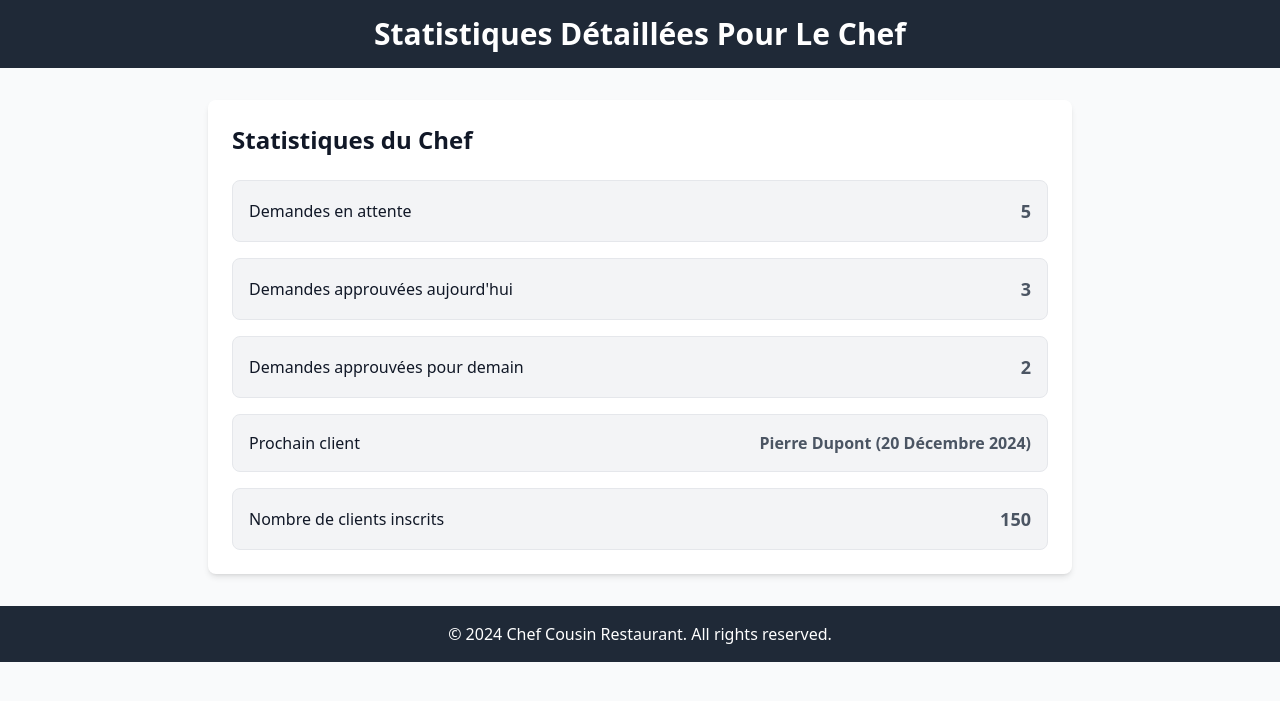
Repository: HamzaChehlaoui/Site-Web-pour-un-Chef-Cuisinier
Page: http://localhost/statistique.php
An editor plug-in stored every save of this project. The page is shown before and after the next save, followed by the edit.
The browser window is 1280 px wide. The pictures show the whole page.
Some web libraries are served in a nearby version. The page is run by PHP 8.4 with error messages shown; the project is at /var/www/html/.

Above is the page before, as saved 2024-12-18 14:58:01.

### statistique.php
<!DOCTYPE html>
<html lang="fr">

<head>
    <meta charset="UTF-8">
    <meta name="viewport" content="width=device-width, initial-scale=1.0">
    <title>Gestion des Réservations - Statistiques</title>
    <!-- Tailwind CSS CDN -->
    <script src="https://cdn.tailwindcss.com"></script>
    <style>
        /* Animation for side slide-in */
        @keyframes slideInFromLeft {
            0% {
                transform: translateX(-100%);
                opacity: 0;
            }
            100% {
                transform: translateX(0);
                opacity: 1;
            }
        }

        .slide-in {
            animation: slideInFromLeft 0.5s ease-out forwards;
        }
    </style>
</head>

<body class="bg-gray-50 text-gray-800">

    <!-- Header -->
    <header class="py-4 text-center bg-gray-800 text-white">
        <h1 class="text-3xl font-bold">Statistiques Détaillées Pour Le Chef</h1>
    </header>

    <!-- Main Content -->
    <main class="max-w-4xl mx-auto my-8 px-4">
        <div class="bg-white shadow-md rounded-lg p-6 slide-in">

            <!-- Card Header -->
            <div class="text-2xl font-semibold mb-6 text-gray-900">
                Statistiques du Chef
            </div>

            <!-- Stats List -->
            <div class="space-y-4">

                <!-- Pending Requests -->
                <div class="flex justify-between items-center bg-gray-100 p-4 rounded-lg border border-gray-200">
                    <span class="text-gray-900">Demandes en attente</span>
                    <span class="text-gray-600 font-semibold text-lg">5</span>
                </div>

                <!-- Approved Today -->
                <div class="flex justify-between items-center bg-gray-100 p-4 rounded-lg border border-gray-200">
                    <span class="text-gray-900">Demandes approuvées aujourd'hui</span>
                    <span class="text-gray-600 font-semibold text-lg">3</span>
                </div>

                <!-- Approved Tomorrow -->
                <div class="flex justify-between items-center bg-gray-100 p-4 rounded-lg border border-gray-200">
                    <span class="text-gray-900">Demandes approuvées pour demain</span>
                    <span class="text-gray-600 font-semibold text-lg">2</span>
                </div>

                <!-- Next Client Details -->
                <div class="flex justify-between items-center bg-gray-100 p-4 rounded-lg border border-gray-200">
                    <span class="text-gray-900">Prochain client</span>
                    <span class="text-gray-600 font-semibold">Pierre Dupont (20 Décembre 2024)</span>
                </div>

                <!-- Registered Clients -->
                <div class="flex justify-between items-center bg-gray-100 p-4 rounded-lg border border-gray-200">
                    <span class="text-gray-900">Nombre de clients inscrits</span>
                    <span class="text-gray-600 font-semibold text-lg">150</span>
                </div>

            </div>
        </div>
    </main>

    <!-- Footer -->
    <footer class="bg-gray-800 text-white py-4">
        <div class="text-center">
            <p>&copy; 2024 Chef Cousin Restaurant. All rights reserved.</p>
        </div>
    </footer>

</body>

</html>

After the next save:
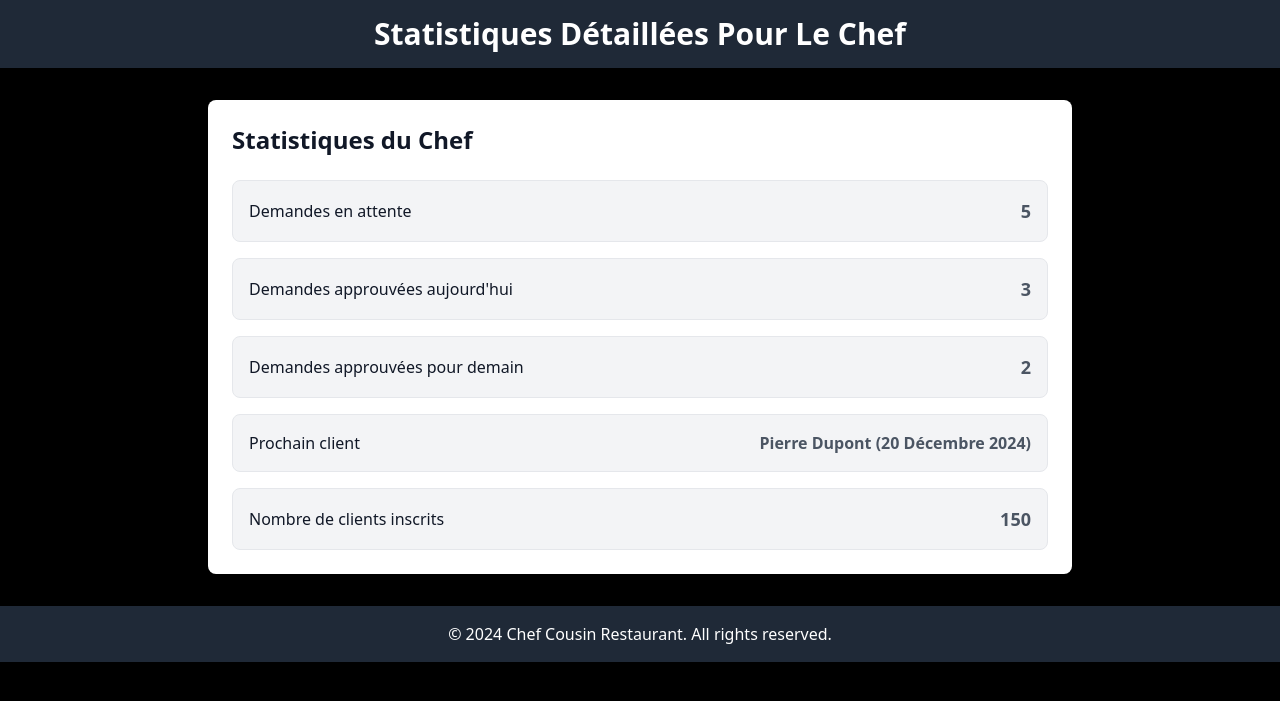
Saved 93 s later.
--- a/statistique.php
+++ b/statistique.php
@@ -26,7 +26,7 @@
     </style>
 </head>
 
-<body class="bg-gray-50 text-gray-800">
+<body class="bg-black text-gray-800">
 
     <!-- Header -->
     <header class="py-4 text-center bg-gray-800 text-white">

After the save that followed:
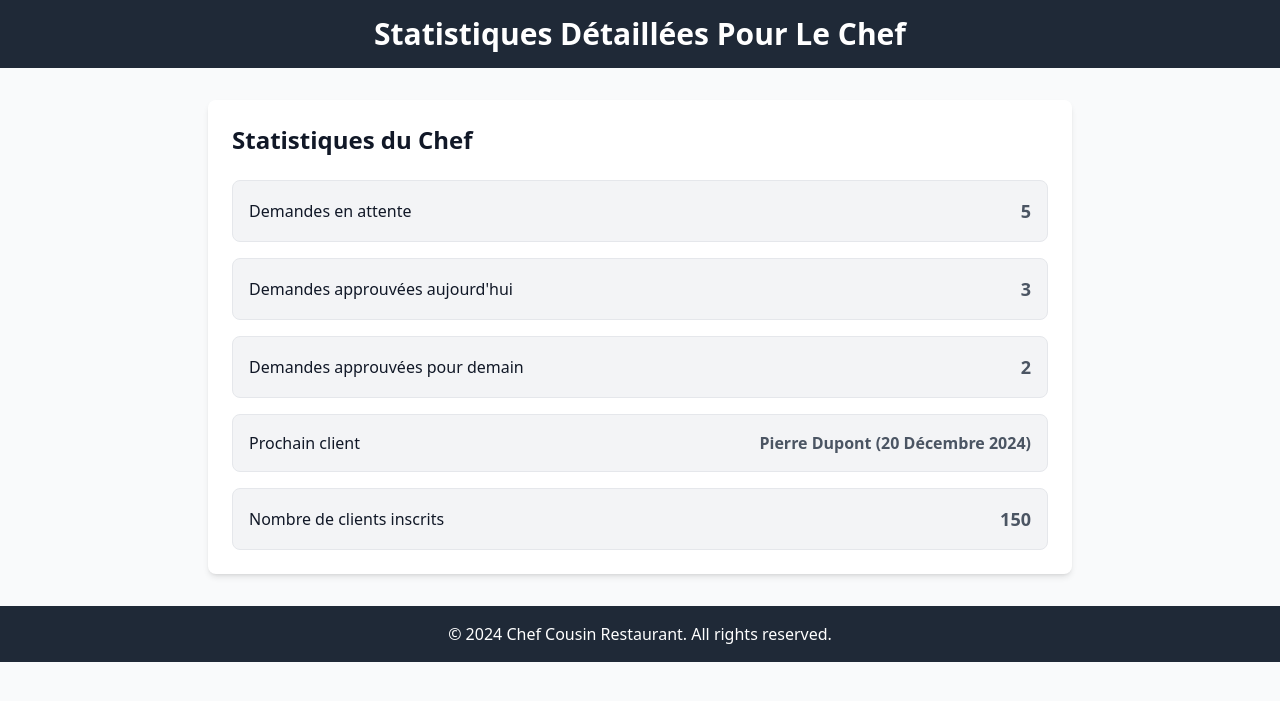
Saved 11 s later.
--- a/statistique.php
+++ b/statistique.php
@@ -26,7 +26,7 @@
     </style>
 </head>
 
-<body class="bg-black text-gray-800">
+<body class="bg-gray-50 text-gray-800">
 
     <!-- Header -->
     <header class="py-4 text-center bg-gray-800 text-white">
